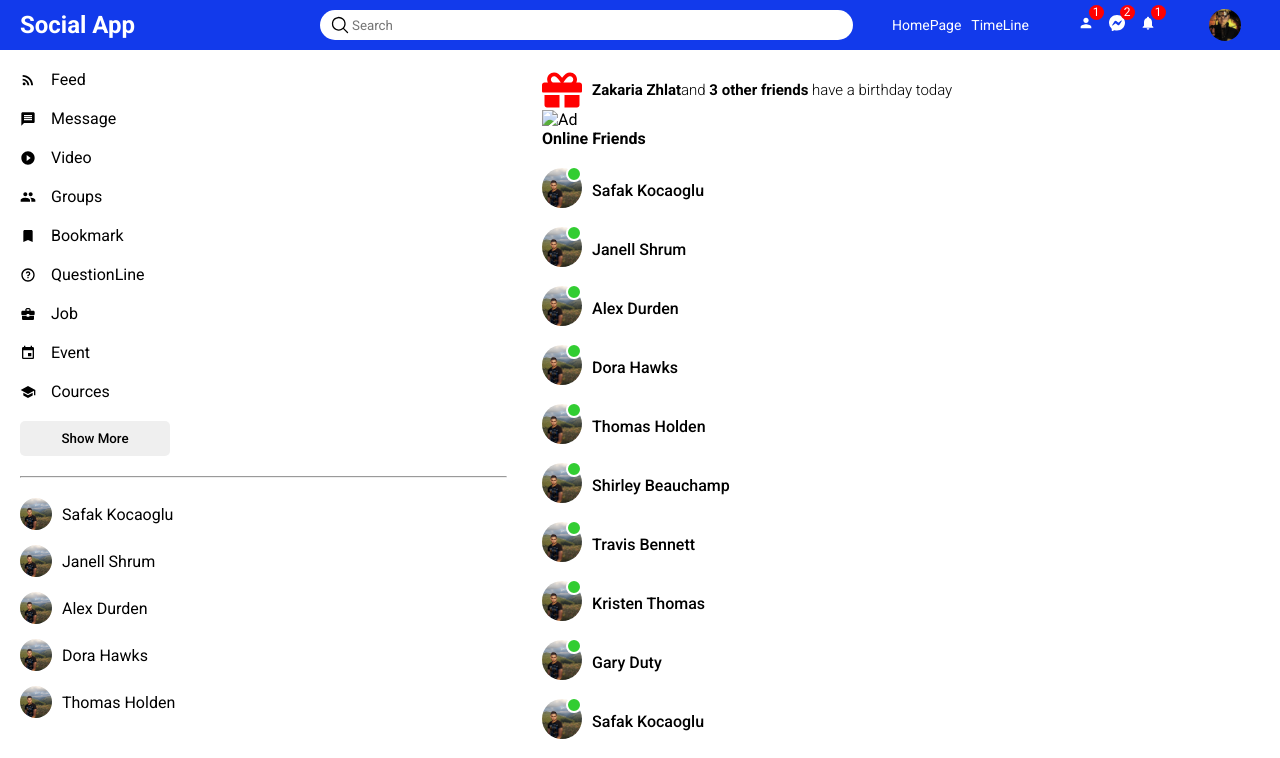
Repository: ZakariaZhlat125/Social-App
Page: /
These files come from the project's save history. The page is drawn as it stood at one moment and after the next save; the edit follows.
The browser window is 1280 px wide. The pictures show the whole page.
An inner scrolling area shows only its first screen. The project was rebuilt for these pictures with package versions that can differ from the ones it lists, and the page was loaded fresh each time. Also part of the build but not shown: vite.config.js, src/components/feed/Feed.css, src/components/share/Share.css, src/components/share/Share.jsx, src/components/post/Post.css, src/components/post/Post.jsx, src/components/feed/Feed.jsx, src/pages/home/Home.css and 1 more.

Above is the page before, as saved 2023-01-12 01:06:43.

### index.html
<!DOCTYPE html>
<html lang="en">
  <head>
    <meta charset="UTF-8" />
    <meta name="viewport" content="width=device-width, initial-scale=1.0" />
    <link rel="preconnect" href="https://fonts.googleapis.com" />
    <link rel="preconnect" href="https://fonts.gstatic.com" crossorigin />
    <link
      href="https://fonts.googleapis.com/css2?family=Roboto:ital,wght@0,100;0,300;0,400;0,500;0,700;0,900;1,100;1,300;1,400;1,700;1,900&display=swap"
      rel="stylesheet"
    />
    <link rel="stylesheet" href="./src/style.css" />
    <title>Social App</title>
  </head>
  <body>
    <div id="root"></div>
    <script type="module" src="/src/main.jsx"></script>
  </body>
</html>

### src/style.css
*{
    margin: 0;
    font-family: 'Roboto',sans-serif;
}

### src/App.jsx
import Home from "./pages/home/home"
import Profile from "./pages/profile/Profile"

function App() {


  return (
   <div>
    <Profile />
   </div>
  )}

export default App

### src/pages/profile/Profile.jsx
import Feed from "../../components/feed/Feed";
import Header from "../../components/header/Header";
import Rightbar from "../../components/rightbar/Rightbar";
import Sidebar from "../../components/sidebar/Sidebar";

import "./Profile.css";

export default function Profile() {
  return (
    <>
      <Header />
      <div className="profile">
        <Sidebar />
        <div className="prfileRight">
          <div className="prfileRightTop"></div>
          <div className="prfileRightBottom"></div>
        </div>
        {/* <Feed /> */}
        <Rightbar />
      </div>
    </>
  );
}

### src/components/header/Header.jsx
import "./Header.css";
import { HiMagnifyingGlass } from "react-icons/hi2";
import { MdPerson,MdNotifications } from "react-icons/md";
import { SiMessenger } from "react-icons/si";
import profile from '../../assets/profile.jpg'
function Header() {
  return (
    <div className="HeaderContainer">
      <div className="headerLeft">
        <span className="logo">Social App</span>
      </div>
      <div className="headerCenter">
        <div className="searchBar">
        <HiMagnifyingGlass className="searchIcon" />
        <input placeholder="Search" className="searchInput" />
        </div>
      </div>
      <div className="headerRight">
        <div className="headerLinks">
          <span className="headerLink">HomePage</span>
          <span className="headerLink">TimeLine</span>
        </div>
        <div className="headerIcon">
          <div className="headerIconItem">
            <MdPerson />
            <span className="headerIconBage">1</span>
          </div>
          <div className="headerIconItem">
            <SiMessenger />
            <span className="headerIconBage">2</span>
          </div>
          <div className="headerIconItem">
            <MdNotifications />
            <span className="headerIconBage">1</span>
          </div>
        </div>
        <img src={profile} alt="" className="headerImg" />
      </div>
    </div>
  );
}

export default Header;

### src/components/rightbar/Rightbar.jsx
import "./Rightbar.css";
import {FaGift} from "react-icons/fa";
import {Users} from '../../dummyData'
import Online from "../online/Online";


function Rightbar() {
  return (
    <div className="rightbar">
      <div className="rightbarWarpper">
        <div className="birthdayContainer">
          <FaGift color="red"  className="birthdayIcon"/>
          <span className="birthdayText">
            <b>Zakaria Zhlat</b>and <b>3 other friends</b> have a birthday today
          </span>
        </div>
        <img src="" alt="Ad" />
        <h4 className="rightbarTitle">Online Friends</h4>
        <ul className="rightFriendList">
         {Users.map(user => (
          <Online  key={user.id} user={user}/>
         ))}
        </ul>
      </div>
    </div>
  );
}

export default Rightbar;

### src/components/sidebar/Sidebar.jsx
import "./Sidebar.css";
import {
  MdRssFeed,
  MdMessage,
  MdGroup,
  MdBookmark,
  MdBusinessCenter,
  MdEvent,
  MdSchool,
  MdOutlinePlayCircleFilled,
} from "react-icons/md";
import { RiQuestionLine } from "react-icons/ri";
import { Users } from "../../dummyData";
import CloseFriends from "../closeFriend/CloseFriends";

function Sidebar() {
  return (
    <div className="sidebar">
      <div className="sidebarWrapper">
        <ul className="sidebarList">
          <li className="sidebarListItem">
            <MdRssFeed className="sidebarIcon" />
            <span className="sidebarListItemText">Feed</span>
          </li>

          <li className="sidebarListItem">
            <MdMessage className="sidebarIcon" />
            <span className="sidebarListItemText">Message</span>
          </li>

          <li className="sidebarListItem">
            <MdOutlinePlayCircleFilled className="sidebarIcon" />
            <span className="sidebarListItemText">Video</span>
          </li>

          <li className="sidebarListItem">
            <MdGroup className="sidebarIcon" />
            <span className="sidebarListItemText">Groups</span>
          </li>

          <li className="sidebarListItem">
            <MdBookmark className="sidebarIcon" />
            <span className="sidebarListItemText">Bookmark</span>
          </li>

          <li className="sidebarListItem">
            <RiQuestionLine className="sidebarIcon" />
            <span className="sidebarListItemText">QuestionLine</span>
          </li>

          <li className="sidebarListItem">
            <MdBusinessCenter className="sidebarIcon" />
            <span className="sidebarListItemText">Job</span>
          </li>

          <li className="sidebarListItem">
            <MdEvent className="sidebarIcon" />
            <span className="sidebarListItemText">Event</span>
          </li>

          <li className="sidebarListItem">
            <MdSchool className="sidebarIcon" />
            <span className="sidebarListItemText">Cources</span>
          </li>
        </ul>
        <button className="sidebarButton">Show More</button>
        <hr className="sidebarHr" />
        <ul className="sidebarFirendList">
          {Users.map((user) => (
            <CloseFriends user={user} />
          ))}
        </ul>
      </div>
    </div>
  );
}

export default Sidebar;

### src/pages/profile/Profile.css
.profile{
    display: flex;
}

.prfileRight{}
.prfileRightTop{}
.prfileRightBottom{}
.{}
.{}

### src/dummyData.jsx
import  userphoto from './assets/person/1.jpeg'
import  postphoto from './assets/post/1.jpeg'
export const Users = [
  {
    id: 1,
    profilePicture: userphoto,
    username: "Safak Kocaoglu",
  },
  {
    id: 2,
    profilePicture: userphoto,
    username: "Janell Shrum",
  },
  {
    id: 3,
    profilePicture: userphoto,
    username: "Alex Durden",
  },
  {
    id: 4,
    profilePicture: userphoto,
    username: "Dora Hawks",
  },
  {
    id: 5,
    profilePicture: userphoto,
    username: "Thomas Holden",
  },
  {
    id: 6,
    profilePicture: userphoto,
    username: "Shirley Beauchamp",
  },
  {
    id: 7,
    profilePicture: userphoto,
    username: "Travis Bennett",
  },
  {
    id: 8,
    profilePicture: userphoto,
    username: "Kristen Thomas",
  },
  {
    id: 9,
    profilePicture: userphoto,
    username: "Gary Duty",
  },
  {
    id: 10,
    profilePicture: userphoto,
    username: "Safak Kocaoglu",
  },
];

export const Posts = [
  {
    id: 1,
    desc: "Love For All, Hatred For None.",
    photo: postphoto,
    date: "5 mins ago",
    userId: 1,
    like: 32,
    comment: 9,
  },
  {
    id: 2,
    photo: postphoto,
    date: "15 mins ago",
    userId: 2,
    like: 2,
    comment: 1,
  },
  {
    id: 3,
    desc: "Every moment is a fresh beginning.",
    photo: postphoto,
    date: "1 hour ago",
    userId: 3,
    like: 61,
    comment: 2,
  },
  {
    id: 4,
    photo: postphoto,
    date: "4 hours ago",
    userId: 4,
    like: 7,
    comment: 3,
  },
  {
    id: 5,
    photo: postphoto,
    date: "5 hours ago",
    userId: 5,
    like: 23,
    comment: 5,
  },
  {
    id: 6,
    photo: "assets/post/1.jpeg",
    date: "1 day ago",
    userId: 6,
    like: 44,
    comment: 6,
  },
  {
    id: 7,
    desc: "Never regret anything that made you smile.",
    photo: postphoto,
    date: "2 days ago",
    userId: 7,
    like: 52,
    comment: 3,
  },
  {
    id: 8,
    photo: postphoto,
    date: "3 days ago",
    userId: 8,
    like: 15,
    comment: 1,
  },
  {
    id: 9,
    desc: "Change the world by being yourself.",
    photo: postphoto,
    date: "5 days ago",
    userId: 9,
    like: 11,
    comment: 2,
  },
  {
    id: 10,
    photo: postphoto,
    date: "1 week ago",
    userId: 10,
    like: 104,
    comment: 12,
  },
];

### src/components/header/Header.css
.HeaderContainer {
  height: 50px;
  width: 100%;
  background-color: #123aeb;
  display: flex;
  align-items: center;
  position: sticky;
  top: 0;
  z-index: 999;
}

.headerLeft {
  flex: 3;
}

.logo {
  font-size: 24px;
  margin-left: 20px;
  font-weight: bold;
  color: white;
  cursor: pointer;
}

.headerCenter {
  flex: 5;
}

.searchBar {
  display: flex;
  width: 100%;
  height: 30px;
  background-color: white;
  border-radius: 30px;
  align-items: center;
}

.searchIcon {
  font-size: 20px !important;
  margin-left: 10px;
}

.searchInput {
  width: 80%;
  border: none;
}

.searchInput:focus {
  outline: none;
}

.headerRight {
  display: flex;
  flex: 4;
  align-items: center;
  justify-content: space-evenly;
  color: white;
}

.headerLinks {
  display: flex;
}

.headerLink {
  margin-right: 10px;
  font-size: 14px;
  cursor: pointer;
}

.headerIcon {
  display: flex;
}

.headerIconItem {
  margin-right: 15px;
  cursor: pointer;
  position: relative;
}

.headerIconBage {
  width: 15px;
  height: 15px;
  background-color: red;
  border-radius: 50px;
  color: white;
  position: absolute;
  top: -10px;
  right: -10px;
  display: flex;
  justify-content: center;
  font-size: 12px;
}

.headerImg {
  width: 32px;
  height: 32px;
  border-radius: 50%;
  object-fit: cover;
  cursor: pointer;
}

### src/components/rightbar/Rightbar.css
.rightbar {
  flex: 3.5;
  margin-left: 15px;
  position: sticky;
}
.rightbarWarpper {
  padding: 20px 20px 0 0;
}

.birthdayContainer {
  display: flex;
  align-items: center;
}

.birthdayIcon {
  width: 40px;
  height: 40px;
  margin-right: 10px;
}

.birthdayText {
  font-weight: 300;
  font-size: 15px;
}

.rightbarTitle {
    margin-bottom: 20px;
}

.rightFriendList {
    padding: 0;
    margin: 0;
    list-style: none;
}

### src/components/online/Online.jsx
import './Online.css'
export default function Online({user}) {
  return (
    <li className="rightBarFriend">
    <div className="rightbarProfileImageContainer">
      <img src={user.profilePicture} alt="" className="rightbarProfileImg" />
      <span className="rightbarOnline"></span>
    </div>
    <span className="rightUsername">{user.username}</span>
  </li>
  )
}

### src/components/sidebar/Sidebar.css
.sidebar {
  flex: 2.5;
  height: calc(100vh - 50px);
  overflow: scroll;
  position: sticky;
  top: 50px;
}

::-webkit-scrollbar{
    width: 5px;
}
::-webkit-scrollbar-track{
    background-color: #f1f1f1;
}
::-webkit-scrollbar-thumb{
   background-color: rgb(179, 179, 179);
}
.sidebarWrapper {
  padding: 20px;
}
.sidebarList {
  padding: 0;
  margin: 0;
  list-style: none;
}

.sidebarListItem {
  display: flex;
  align-items: center;
  margin-bottom: 20px;
  cursor: pointer;
}

.sidebarIcon {
  margin-right: 15px;
}
.sidebarListItemText {
}

.sidebarButton {
    width: 150px;
    border: none;
    padding: 10px;
    border-radius: 5px;
    font-weight: 500;
}
.sidebarHr {
    margin: 20px 0;
}
.sidebarFirendList {
    padding: 0;
    margin: 0;
    list-style: none;
}

### src/components/closeFriend/CloseFriends.jsx
import './CloseFriends.css'


export default function CloseFriends({user}) {
  return (
    <li className="sidebarFriend">
    <img src={user.profilePicture} alt="" className="sidebarFriendImg" />
    <span className="sidebarFriendName">{user.username}</span>
  </li>
  )
}

### src/components/online/Online.css
.rightBarFriend {
    display: flex;
    align-items: center;
    margin-bottom: 15px;
}

.rightbarProfileImageContainer {
    margin-right: 10px;
    position: relative;
}

.rightbarProfileImg {
    width: 40px;
    height: 40px;
    border-radius: 50%;
    object-fit: cover;
}

.rightbarOnline {
    width: 12px;
    height: 12px;
    border-radius: 50%;
    background-color:limegreen;
    position: absolute;
    top: -2px;
    right: 0;
    border: 2px solid white;

}

.rightUsername{
font-weight: 500;
}

### src/components/closeFriend/CloseFriends.css
.sidebarFriend {
    display: flex;
    align-items: center;
    margin-bottom: 15px;
}
.sidebarFriendImg {
width: 32px;
height: 32px;
border-radius: 50%;
object-fit: cover;
margin-right: 10px;
}

.sidebarFriendName {

}

Loaded but not shown: src/main.jsx (common file)

After the next save:
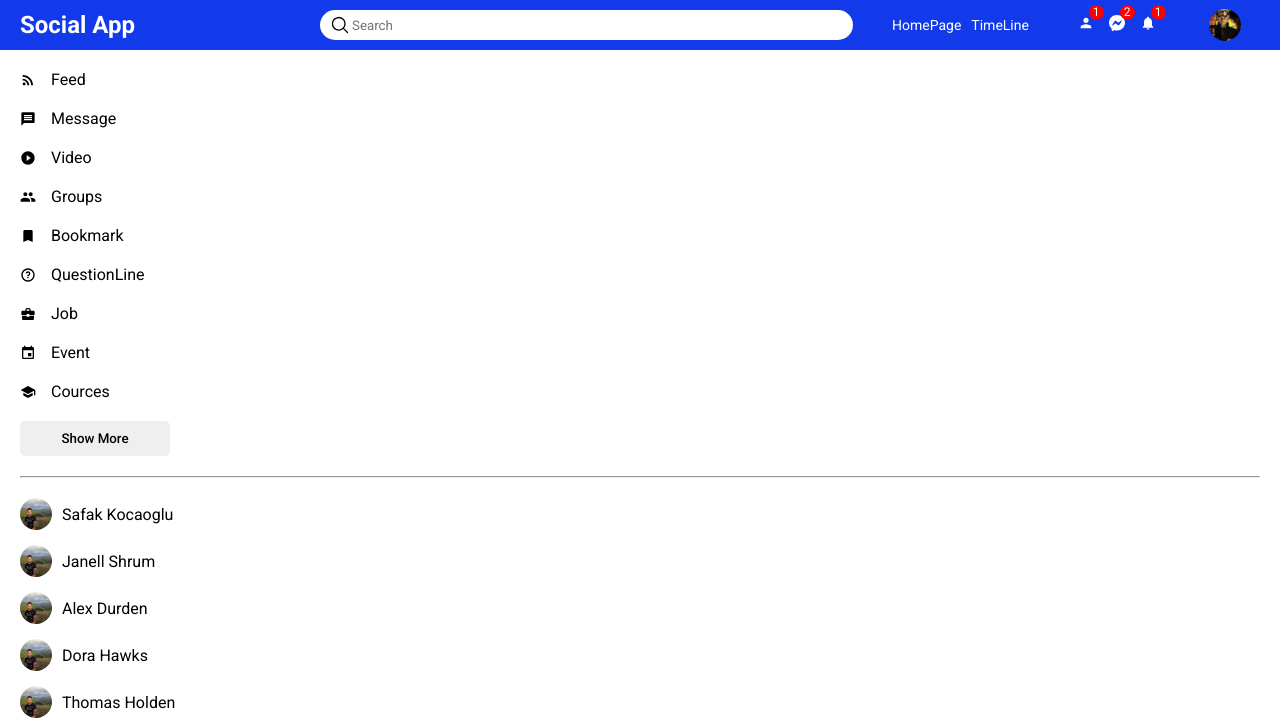
Saved 10 s later.
--- a/src/pages/profile/Profile.jsx
+++ b/src/pages/profile/Profile.jsx
@@ -16,7 +16,7 @@ export default function Profile() {
           <div className="prfileRightBottom"></div>
         </div>
         {/* <Feed /> */}
-        <Rightbar />
+        {/* <Rightbar /> */}
       </div>
     </>
   );
